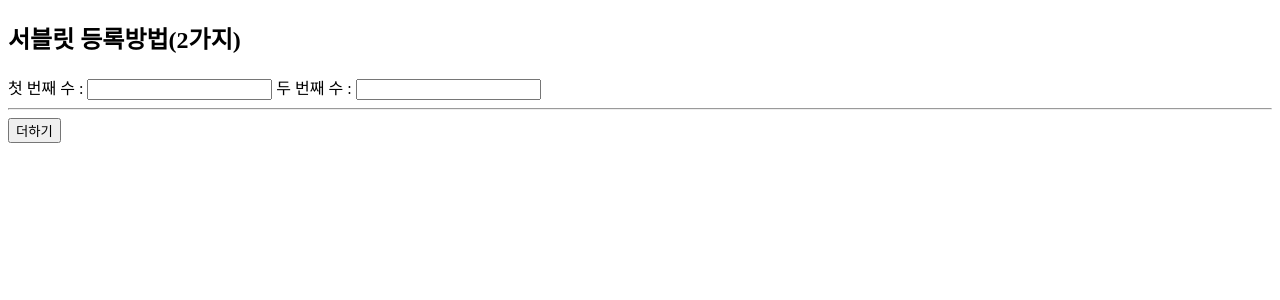
Repository: LTaeHoon/javajsp_ncs
Page: http://localhost/chap01_Jsp_Servlet/jsp/adder.jsp
An editor plug-in stored every save of this project. The page is shown before and after the next save, followed by the edit.
The browser window is 1280 px wide. The pictures show the whole page.
The page is served by Tomcat 9. Other server files are loaded and not shown.

Above is the page before, as saved 2017-01-11 03:32:06.

### chap01_Jsp_Servlet/WebContent/jsp/adder.jsp
<%@ page language="java" contentType="text/html; charset=UTF-8"
    pageEncoding="UTF-8"%>
<!DOCTYPE html PUBLIC "-//W3C//DTD HTML 4.01 Transitional//EN" "http://www.w3.org/TR/html4/loose.dtd">
<html>
<head>
<meta http-equiv="Content-Type" content="text/html; charset=UTF-8">
<title>서블릿 등록방법(2가지)</title>
</head>
<body>
	<h2>서블릿 등록방법(2가지)</h2>

	<!-- 1. web.xml에 등록방법 -->
	<form name="frm1" method="get" action="../adder1">
		첫 번째 수 : <input name="num1"/>
		두 번째 수 : <input name="num2"/>
		<hr>
		<input type="submit" value="더하기"/>

	</form>
</body>
</html>

After the next save:
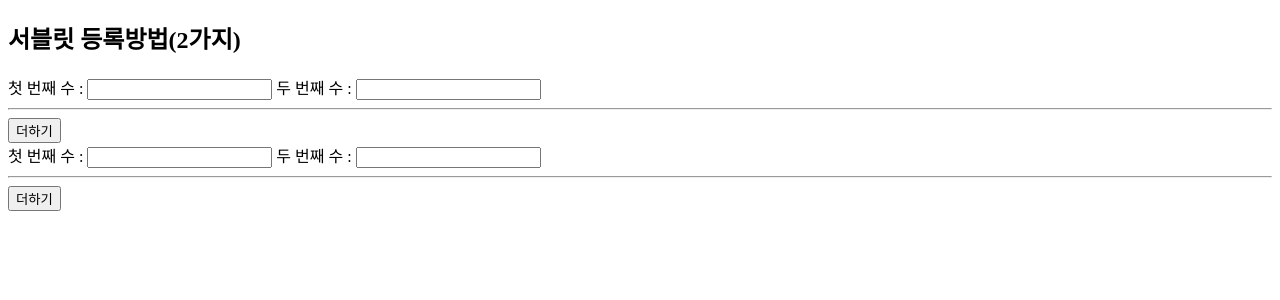
Saved 2 h 3 min later.
--- a/chap01_Jsp_Servlet/WebContent/jsp/adder.jsp
+++ b/chap01_Jsp_Servlet/WebContent/jsp/adder.jsp
@@ -15,7 +15,13 @@
 		두 번째 수 : <input name="num2"/>
 		<hr>
 		<input type="submit" value="더하기"/>
-
+	</form>
+	<!--  2. @에노테이션 등록방법 -->
+	<form name="frm2" method="get" action="../adder2">
+		첫 번째 수 : <input name="num1"/>
+		두 번째 수 : <input name="num2"/>
+		<hr>
+		<input type="submit" value="더하기"/>
 	</form>
 </body>
 </html>
